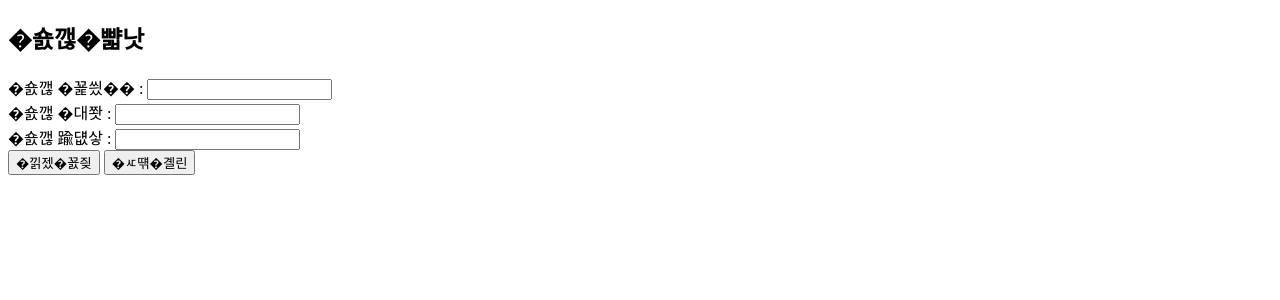
Repository: sunyeongan/Univ_lecture
Page: WebSever_2022/work/week12/week12/src/main/webapp/form.html
The author's editor kept a copy of each file at every save. The page is drawn from the files as they stood at one save, then again after the next save.
The browser window is 1280 px wide. The pictures show the whole page.

Above is the page before, as saved 2022-05-17 02:09:12.

After the next save:
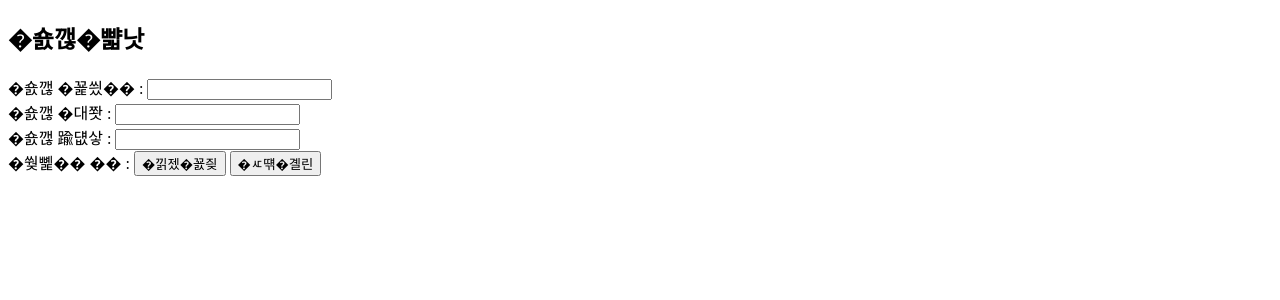
Saved 6 s later.
--- a/WebSever_2022/work/week12/week12/src/main/webapp/form.html
+++ b/WebSever_2022/work/week12/week12/src/main/webapp/form.html
@@ -10,6 +10,7 @@
 	학생 아이디 : <input type = text name = id ><br>
 	학생 이름  : <input type = text name = Sname><br>
 	학생 번호 : <input type = text name = call><br>
+	태어난 해 :
 	<input type="submit" value = "입력완료">
 	<input type="submit" value = "다시쓰기">
 	</form>
